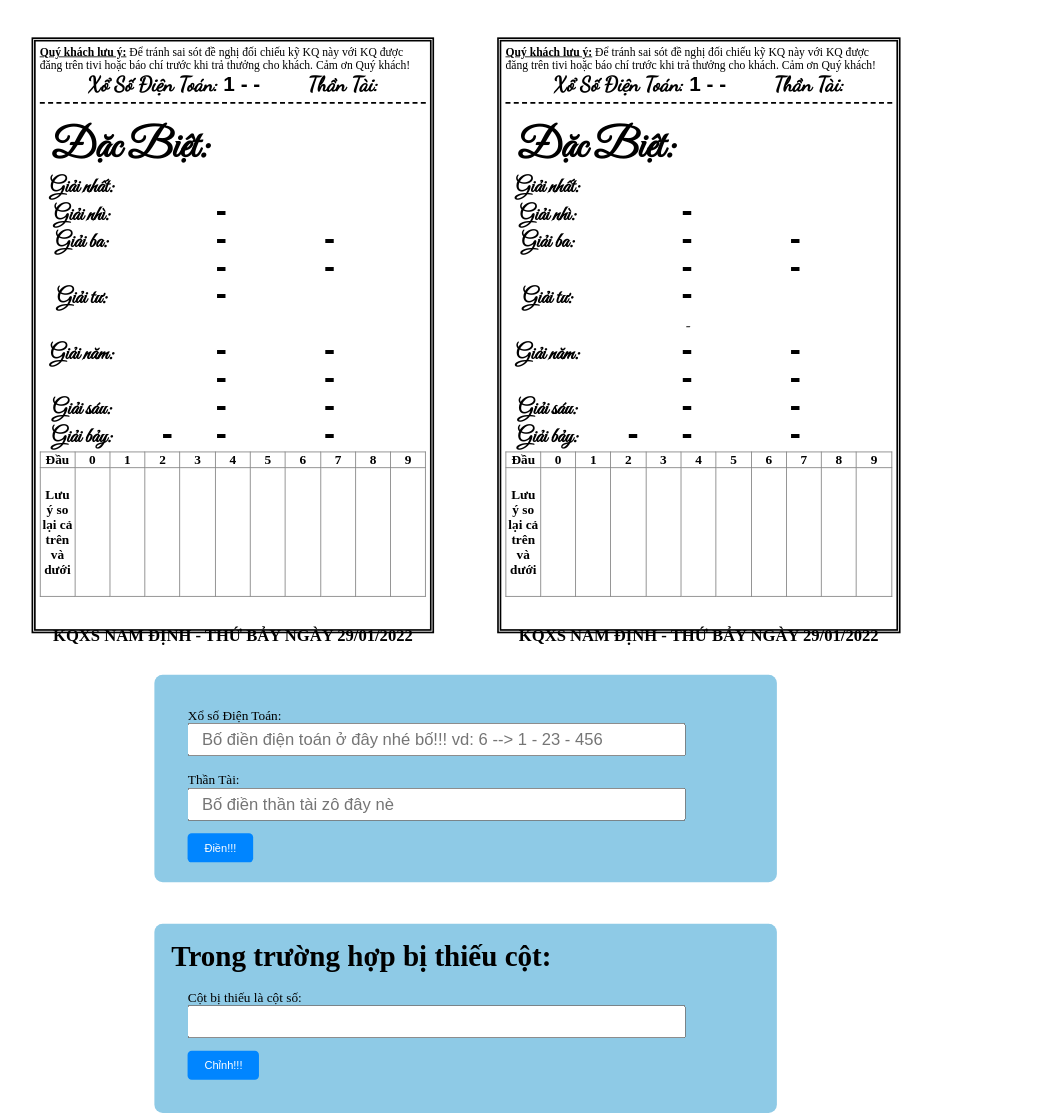
Repository: AnhDuc0125/xskt123
Page: index.html
An editor plug-in stored every save of this project. The page is shown before and after the next save, followed by the edit.
The browser window is 1280 px wide. The pictures show the whole page, at 83% of full size.
The page's requests for data from a server got no answer. Some web fonts or font styles are not loaded; a fallback is used.

Above is the page before, as saved 2022-01-29 19:58:33.

After the next save:
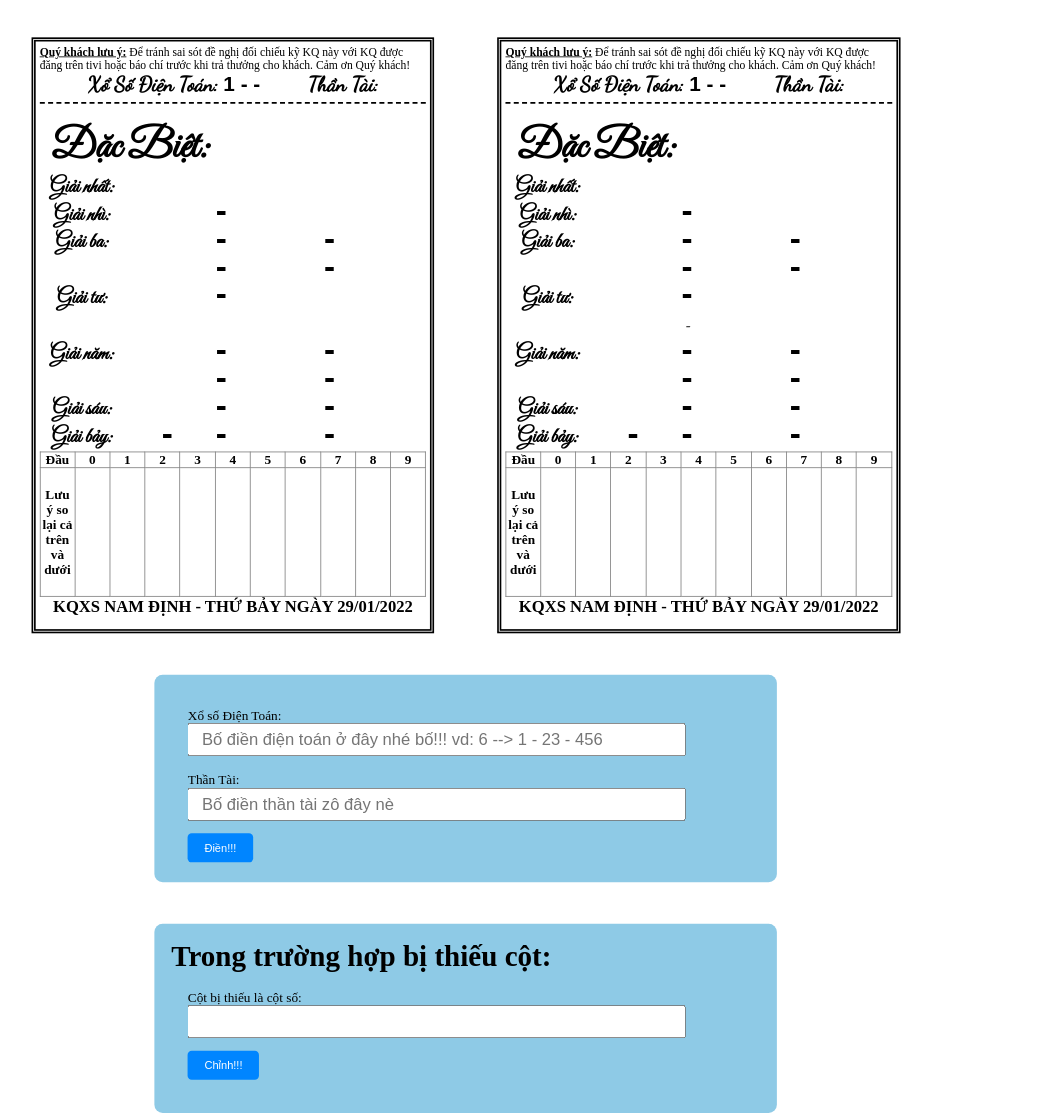
Saved 8 s later.
--- a/style.css
+++ b/style.css
@@ -160,7 +160,7 @@ th.cols {
   font-weight: bolder;
   font-size: 20px;
   text-align: center;
-  transform: translateY(35px);
+  /* transform: translateY(35px); */
 }
 
 .ask {
